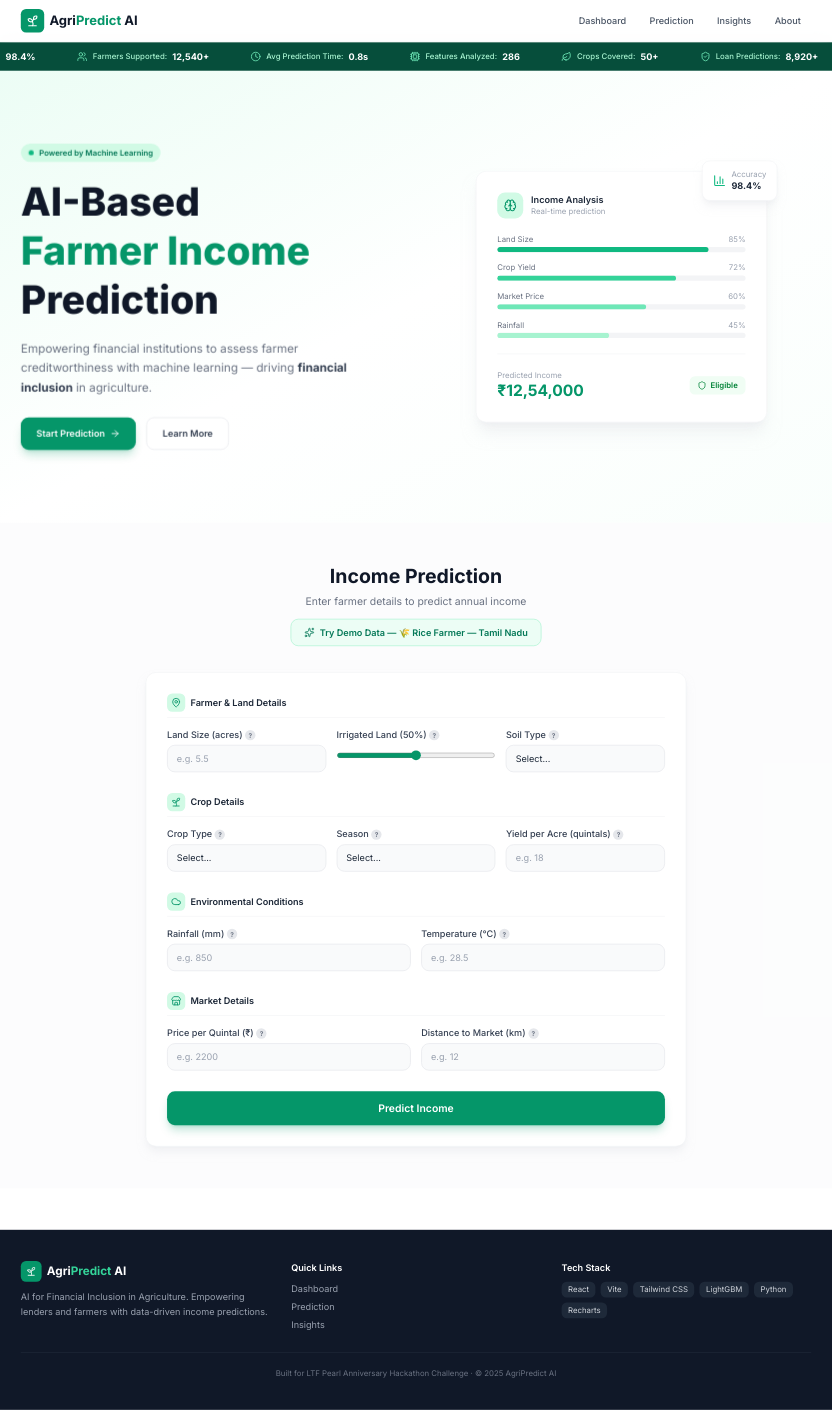
Repository: Bhuvi888/Farmer-income-Prediction
Page: / (app in frontend/)
These files come from the project's save history. The page is drawn as it stood at one moment and after the next save; the edit follows.
The browser window is 1280 px wide. The pictures show the whole page, at 65% of full size.
The project was rebuilt for these pictures with package versions that can differ from the ones it lists, and the page was loaded fresh each time. Also part of the build but not shown: frontend/vite.config.js, frontend/src/components/ResultCard.jsx, frontend/src/components/ChartsSection.jsx, frontend/src/components/InsightPanel.jsx.

Above is the page before, as saved 2026-02-17 19:45:24.

### frontend/index.html
<!doctype html>
<html lang="en">
  <head>
    <meta charset="UTF-8" />
    <link rel="icon" type="image/svg+xml" href="/vite.svg" />
    <meta name="viewport" content="width=device-width, initial-scale=1.0" />
    <title>AgriPredict AI — Farmer Income Prediction</title>
    <meta
      name="description"
      content="AI-powered farmer income prediction system for financial inclusion in agriculture"
    />
    <link rel="preconnect" href="https://fonts.googleapis.com" />
    <link rel="preconnect" href="https://fonts.gstatic.com" crossorigin />
    <link
      href="https://fonts.googleapis.com/css2?family=Inter:wght@400;500;600;700;800;900&display=swap"
      rel="stylesheet"
    />
  </head>
  <body>
    <div id="root"></div>
    <script type="module" src="/src/main.jsx"></script>
  </body>
</html>

### frontend/src/index.css
@import "tailwindcss";

@theme {
  --color-primary-50: #ecfdf5;
  --color-primary-100: #d1fae5;
  --color-primary-200: #a7f3d0;
  --color-primary-300: #6ee7b7;
  --color-primary-400: #34d399;
  --color-primary-500: #10b981;
  --color-primary-600: #059669;
  --color-primary-700: #047857;
  --color-primary-800: #065f46;
  --color-primary-900: #064e3b;

  --font-sans: "Inter", system-ui, -apple-system, sans-serif;
}

/* ---- Base styles ---- */
body {
  @apply bg-white text-gray-800 font-sans antialiased;
}

/* ---- Ticker marquee animation ---- */
@keyframes ticker {
  0% {
    transform: translateX(0);
  }
  100% {
    transform: translateX(-50%);
  }
}

.animate-ticker {
  animation: ticker 25s linear infinite;
}

/* ---- Smooth scroll ---- */
html {
  scroll-behavior: smooth;
}

/* ---- Fade in animation ---- */
@keyframes fadeInUp {
  from {
    opacity: 0;
    transform: translateY(20px);
  }
  to {
    opacity: 1;
    transform: translateY(0);
  }
}

.animate-fade-in-up {
  animation: fadeInUp 0.6s ease-out forwards;
}

/* ---- Pulse dot ---- */
@keyframes pulse-dot {
  0%,
  100% {
    opacity: 1;
  }
  50% {
    opacity: 0.4;
  }
}

.animate-pulse-dot {
  animation: pulse-dot 2s ease-in-out infinite;
}

/* ---- Skeleton shimmer ---- */
@keyframes shimmer {
  0% {
    background-position: -200% 0;
  }
  100% {
    background-position: 200% 0;
  }
}

.skeleton {
  background: linear-gradient(90deg, #f0f0f0 25%, #e0e0e0 50%, #f0f0f0 75%);
  background-size: 200% 100%;
  animation: shimmer 1.5s ease-in-out infinite;
  border-radius: 8px;
}

### frontend/src/components/Navbar.jsx
import { useState } from "react";
import { Menu, X, Sprout } from "lucide-react";

const links = [
  { label: "Dashboard", href: "#dashboard" },
  { label: "Prediction", href: "#prediction" },
  { label: "Insights", href: "#insights" },
  { label: "About", href: "#about" },
];

export default function Navbar() {
  const [open, setOpen] = useState(false);

  return (
    <nav className="sticky top-0 z-50 bg-white/80 backdrop-blur-md border-b border-gray-100">
      <div className="max-w-7xl mx-auto px-4 sm:px-6 lg:px-8">
        <div className="flex items-center justify-between h-16">
          {/* Logo */}
          <a href="#" className="flex items-center gap-2 group">
            <div className="w-9 h-9 rounded-lg bg-primary-600 flex items-center justify-center group-hover:bg-primary-700 transition-colors">
              <Sprout className="w-5 h-5 text-white" />
            </div>
            <span className="text-xl font-bold text-gray-900">
              Agri<span className="text-primary-600">Predict</span> AI
            </span>
          </a>

          {/* Desktop menu */}
          <div className="hidden md:flex items-center gap-1">
            {links.map((link) => (
              <a
                key={link.href}
                href={link.href}
                className="px-4 py-2 text-sm font-medium text-gray-600 rounded-lg hover:text-primary-700 hover:bg-primary-50 transition-all"
              >
                {link.label}
              </a>
            ))}
          </div>

          {/* Mobile hamburger */}
          <button
            className="md:hidden p-2 rounded-lg hover:bg-gray-100 transition"
            onClick={() => setOpen(!open)}
          >
            {open ? <X className="w-5 h-5" /> : <Menu className="w-5 h-5" />}
          </button>
        </div>

        {/* Mobile menu */}
        {open && (
          <div className="md:hidden pb-4 border-t border-gray-100 mt-2 pt-2">
            {links.map((link) => (
              <a
                key={link.href}
                href={link.href}
                className="block px-4 py-2.5 text-sm font-medium text-gray-600 rounded-lg hover:text-primary-700 hover:bg-primary-50 transition-all"
                onClick={() => setOpen(false)}
              >
                {link.label}
              </a>
            ))}
          </div>
        )}
      </div>
    </nav>
  );
}

### frontend/src/components/StatsTicker.jsx
import { TrendingUp, Users, Clock, Cpu, Leaf, ShieldCheck } from "lucide-react";

const items = [
  { icon: TrendingUp, label: "Model Accuracy", value: "98.4%" },
  { icon: Users, label: "Farmers Supported", value: "12,540+" },
  { icon: Clock, label: "Avg Prediction Time", value: "0.8s" },
  { icon: Cpu, label: "Features Analyzed", value: "286" },
  { icon: Leaf, label: "Crops Covered", value: "50+" },
  { icon: ShieldCheck, label: "Loan Predictions", value: "8,920+" },
];

export default function StatsTicker() {
  return (
    <div className="bg-primary-900 text-white overflow-hidden">
      <div className="flex animate-ticker whitespace-nowrap py-3">
        {/* Duplicate items for seamless loop */}
        {[...items, ...items].map((item, i) => (
          <div key={i} className="inline-flex items-center gap-2 mx-8">
            <item.icon className="w-4 h-4 text-primary-300" />
            <span className="text-xs text-primary-200 font-medium">
              {item.label}:
            </span>
            <span className="text-sm font-bold">{item.value}</span>
          </div>
        ))}
      </div>
    </div>
  );
}

### frontend/src/components/PredictionForm.jsx
import { useState } from "react";
import { useForm } from "react-hook-form";
import { Loader2, MapPin, Sprout, Cloud, Store, Sparkles } from "lucide-react";
import { cn } from "../lib/utils";

const demoProfiles = [
  {
    name: "🌾 Rice Farmer — Tamil Nadu",
    land_size: "6.5",
    irrigated_percentage: 85,
    soil_type: "Alluvial",
    crop_type: "Rice",
    season: "Kharif",
    yield_per_acre: "22",
    rainfall: "950",
    temperature: "29",
    market_price: "2100",
    market_distance: "8",
  },
  {
    name: "🌿 Sugarcane Farmer — Maharashtra",
    land_size: "12",
    irrigated_percentage: 95,
    soil_type: "Black Cotton",
    crop_type: "Sugarcane",
    season: "Kharif",
    yield_per_acre: "35",
    rainfall: "750",
    temperature: "31",
    market_price: "3500",
    market_distance: "15",
  },
  {
    name: "🌾 Wheat Farmer — Punjab",
    land_size: "4",
    irrigated_percentage: 60,
    soil_type: "Loamy",
    crop_type: "Wheat",
    season: "Rabi",
    yield_per_acre: "18",
    rainfall: "550",
    temperature: "22",
    market_price: "2275",
    market_distance: "25",
  },
  {
    name: "🥜 Groundnut Farmer — Tamil Nadu",
    land_size: "3",
    irrigated_percentage: 40,
    soil_type: "Red",
    crop_type: "Groundnut",
    season: "Rabi",
    yield_per_acre: "12",
    rainfall: "680",
    temperature: "30",
    market_price: "5800",
    market_distance: "10",
  },
];

const soilTypes = [
  "Loamy",
  "Clay",
  "Sandy",
  "Black Cotton",
  "Red",
  "Alluvial",
  "Laterite",
];
const cropTypes = [
  "Rice",
  "Wheat",
  "Sugarcane",
  "Cotton",
  "Maize",
  "Soybean",
  "Pulses",
  "Groundnut",
  "Vegetables",
];
const seasons = ["Kharif", "Rabi", "Zaid"];

function InputField({ label, tooltip, error, children }) {
  return (
    <div className="space-y-1.5">
      <label className="flex items-center gap-1 text-sm font-medium text-gray-700">
        {label}
        {tooltip && (
          <span className="group relative">
            <span className="w-4 h-4 rounded-full bg-gray-200 text-gray-500 text-[10px] font-bold inline-flex items-center justify-center cursor-help">
              ?
            </span>
            <span className="absolute bottom-full left-1/2 -translate-x-1/2 mb-2 px-3 py-1.5 bg-gray-800 text-white text-xs rounded-lg opacity-0 group-hover:opacity-100 transition-opacity pointer-events-none whitespace-nowrap z-10">
              {tooltip}
            </span>
          </span>
        )}
      </label>
      {children}
      {error && <p className="text-xs text-red-500">{error.message}</p>}
    </div>
  );
}

function SectionHeader({ icon: Icon, title }) {
  return (
    <div className="flex items-center gap-2 mb-4 pb-2 border-b border-gray-100">
      <div className="w-7 h-7 rounded-lg bg-primary-100 flex items-center justify-center">
        <Icon className="w-4 h-4 text-primary-600" />
      </div>
      <h3 className="text-sm font-semibold text-gray-800">{title}</h3>
    </div>
  );
}

const inputClass =
  "w-full px-3.5 py-2.5 bg-gray-50 border border-gray-200 rounded-xl text-sm text-gray-800 focus:outline-none focus:ring-2 focus:ring-primary-500/30 focus:border-primary-500 transition-all placeholder:text-gray-400";
const selectClass = cn(inputClass, "appearance-none cursor-pointer");

export default function PredictionForm({ onSubmit, isLoading }) {
  const [demoIndex, setDemoIndex] = useState(0);
  const {
    register,
    handleSubmit,
    watch,
    reset,
    formState: { errors },
  } = useForm({
    defaultValues: {
      land_size: "",
      irrigated_percentage: 50,
      soil_type: "",
      crop_type: "",
      season: "",
      yield_per_acre: "",
      rainfall: "",
      temperature: "",
      market_price: "",
      market_distance: "",
    },
  });

  const irrigated = watch("irrigated_percentage");

  const fillDemo = () => {
    const profile = demoProfiles[demoIndex];
    const { name: _Name, ...values } = profile;
    reset(values);
    setDemoIndex((prev) => (prev + 1) % demoProfiles.length);
  };

  return (
    <section id="prediction" className="py-16 bg-gray-50/50">
      <div className="max-w-4xl mx-auto px-4 sm:px-6 lg:px-8">
        <div className="text-center mb-10">
          <h2 className="text-3xl font-bold text-gray-900">
            Income Prediction
          </h2>
          <p className="mt-2 text-gray-500">
            Enter farmer details to predict annual income
          </p>
          <button
            type="button"
            onClick={fillDemo}
            className="mt-4 inline-flex items-center gap-2 bg-primary-50 text-primary-700 px-5 py-2.5 rounded-xl text-sm font-semibold border border-primary-200 hover:bg-primary-100 hover:border-primary-300 transition-all hover:-translate-y-0.5"
          >
            <Sparkles className="w-4 h-4" />
            Try Demo Data — {demoProfiles[demoIndex].name}
          </button>
        </div>

        <form
          onSubmit={handleSubmit(onSubmit)}
          className="bg-white rounded-2xl shadow-lg shadow-gray-200/50 border border-gray-100 p-6 sm:p-8"
        >
          {/* Section 1: Farmer & Land */}
          <SectionHeader icon={MapPin} title="Farmer & Land Details" />
          <div className="grid sm:grid-cols-3 gap-4 mb-8">
            <InputField
              label="Land Size (acres)"
              tooltip="Total agricultural land area"
              error={errors.land_size}
            >
              <input
                type="number"
                step="0.1"
                placeholder="e.g. 5.5"
                className={inputClass}
                {...register("land_size", {
                  required: "Required",
                  min: { value: 0.1, message: "Min 0.1" },
                })}
              />
            </InputField>

            <InputField
              label={`Irrigated Land (${irrigated}%)`}
              tooltip="Percentage of land with irrigation"
            >
              <input
                type="range"
                min="0"
                max="100"
                className="w-full accent-primary-600 mt-2"
                {...register("irrigated_percentage")}
              />
            </InputField>

            <InputField
              label="Soil Type"
              tooltip="Dominant soil type in the area"
              error={errors.soil_type}
            >
              <select
                className={selectClass}
                {...register("soil_type", { required: "Select soil type" })}
              >
                <option value="">Select...</option>
                {soilTypes.map((s) => (
                  <option key={s} value={s}>
                    {s}
                  </option>
                ))}
              </select>
            </InputField>
          </div>

          {/* Section 2: Crop Details */}
          <SectionHeader icon={Sprout} title="Crop Details" />
          <div className="grid sm:grid-cols-3 gap-4 mb-8">
            <InputField
              label="Crop Type"
              tooltip="Primary crop grown"
              error={errors.crop_type}
            >
              <select
                className={selectClass}
                {...register("crop_type", { required: "Select crop" })}
              >
                <option value="">Select...</option>
                {cropTypes.map((c) => (
                  <option key={c} value={c}>
                    {c}
                  </option>
                ))}
              </select>
            </InputField>

            <InputField
              label="Season"
              tooltip="Growing season"
              error={errors.season}
            >
              <select
                className={selectClass}
                {...register("season", { required: "Select season" })}
              >
                <option value="">Select...</option>
                {seasons.map((s) => (
                  <option key={s} value={s}>
                    {s}
                  </option>
                ))}
              </select>
            </InputField>

            <InputField
              label="Yield per Acre (quintals)"
              tooltip="Expected crop yield"
              error={errors.yield_per_acre}
            >
              <input
                type="number"
                step="0.1"
                placeholder="e.g. 18"
                className={inputClass}
                {...register("yield_per_acre", {
                  required: "Required",
                  min: { value: 0.1, message: "Min 0.1" },
                })}
              />
            </InputField>
          </div>

          {/* Section 3: Environmental */}
          <SectionHeader icon={Cloud} title="Environmental Conditions" />
          <div className="grid sm:grid-cols-2 gap-4 mb-8">
            <InputField
              label="Rainfall (mm)"
              tooltip="Seasonal average rainfall"
              error={errors.rainfall}
            >
              <input
                type="number"
                placeholder="e.g. 850"
                className={inputClass}
                {...register("rainfall", {
                  required: "Required",
                  min: { value: 0, message: "Min 0" },
                })}
              />
            </InputField>

            <InputField
              label="Temperature (°C)"
              tooltip="Average temperature"
              error={errors.temperature}
            >
              <input
                type="number"
                step="0.1"
                placeholder="e.g. 28.5"
                className={inputClass}
                {...register("temperature", { required: "Required" })}
              />
            </InputField>
          </div>

          {/* Section 4: Market */}
          <SectionHeader icon={Store} title="Market Details" />
          <div className="grid sm:grid-cols-2 gap-4 mb-8">
            <InputField
              label="Price per Quintal (₹)"
              tooltip="Current market selling price"
              error={errors.market_price}
            >
              <input
                type="number"
                placeholder="e.g. 2200"
                className={inputClass}
                {...register("market_price", {
                  required: "Required",
                  min: { value: 1, message: "Min 1" },
                })}
              />
            </InputField>

            <InputField
              label="Distance to Market (km)"
              tooltip="Distance to nearest mandi"
              error={errors.market_distance}
            >
              <input
                type="number"
                step="0.1"
                placeholder="e.g. 12"
                className={inputClass}
                {...register("market_distance", {
                  required: "Required",
                  min: { value: 0, message: "Min 0" },
                })}
              />
            </InputField>
          </div>

          {/* Submit */}
          <button
            type="submit"
            disabled={isLoading}
            className="w-full py-3.5 bg-primary-600 text-white font-semibold rounded-xl hover:bg-primary-700 shadow-lg shadow-primary-600/25 transition-all hover:-translate-y-0.5 disabled:opacity-60 disabled:cursor-not-allowed disabled:hover:translate-y-0 flex items-center justify-center gap-2"
          >
            {isLoading ? (
              <>
                <Loader2 className="w-5 h-5 animate-spin" />
                Predicting...
              </>
            ) : (
              "Predict Income"
            )}
          </button>
        </form>
      </div>
    </section>
  );
}

### frontend/src/components/Footer.jsx
import { Sprout } from "lucide-react";

export default function Footer() {
  return (
    <footer id="about" className="bg-gray-900 text-gray-400">
      <div className="max-w-7xl mx-auto px-4 sm:px-6 lg:px-8 py-12">
        <div className="grid md:grid-cols-3 gap-8">
          {/* Brand */}
          <div>
            <div className="flex items-center gap-2 mb-3">
              <div className="w-8 h-8 rounded-lg bg-primary-600 flex items-center justify-center">
                <Sprout className="w-4 h-4 text-white" />
              </div>
              <span className="text-lg font-bold text-white">
                Agri<span className="text-primary-400">Predict</span> AI
              </span>
            </div>
            <p className="text-sm leading-relaxed">
              AI for Financial Inclusion in Agriculture. Empowering lenders and
              farmers with data-driven income predictions.
            </p>
          </div>

          {/* Links */}
          <div>
            <h4 className="text-sm font-semibold text-white mb-3">
              Quick Links
            </h4>
            <ul className="space-y-2 text-sm">
              <li>
                <a
                  href="#dashboard"
                  className="hover:text-primary-400 transition"
                >
                  Dashboard
                </a>
              </li>
              <li>
                <a
                  href="#prediction"
                  className="hover:text-primary-400 transition"
                >
                  Prediction
                </a>
              </li>
              <li>
                <a
                  href="#insights"
                  className="hover:text-primary-400 transition"
                >
                  Insights
                </a>
              </li>
            </ul>
          </div>

          {/* Tech */}
          <div>
            <h4 className="text-sm font-semibold text-white mb-3">
              Tech Stack
            </h4>
            <div className="flex flex-wrap gap-2">
              {[
                "React",
                "Vite",
                "Tailwind CSS",
                "LightGBM",
                "Python",
                "Recharts",
              ].map((t) => (
                <span
                  key={t}
                  className="px-2.5 py-1 bg-gray-800 rounded-lg text-xs text-gray-300"
                >
                  {t}
                </span>
              ))}
            </div>
          </div>
        </div>

        <div className="border-t border-gray-800 mt-8 pt-6 text-center text-xs text-gray-500">
          Built for LTF Pearl Anniversary Hackathon Challenge &middot; &copy;{" "}
          {new Date().getFullYear()} AgriPredict AI
        </div>
      </div>
    </footer>
  );
}

Loaded but not shown: frontend/src/main.jsx (common file); frontend/src/lib/utils.js (common file); frontend/src/components/HeroSection.jsx (126 lines, source omitted); frontend/src/App.jsx (93 lines, source omitted)

After the next save:
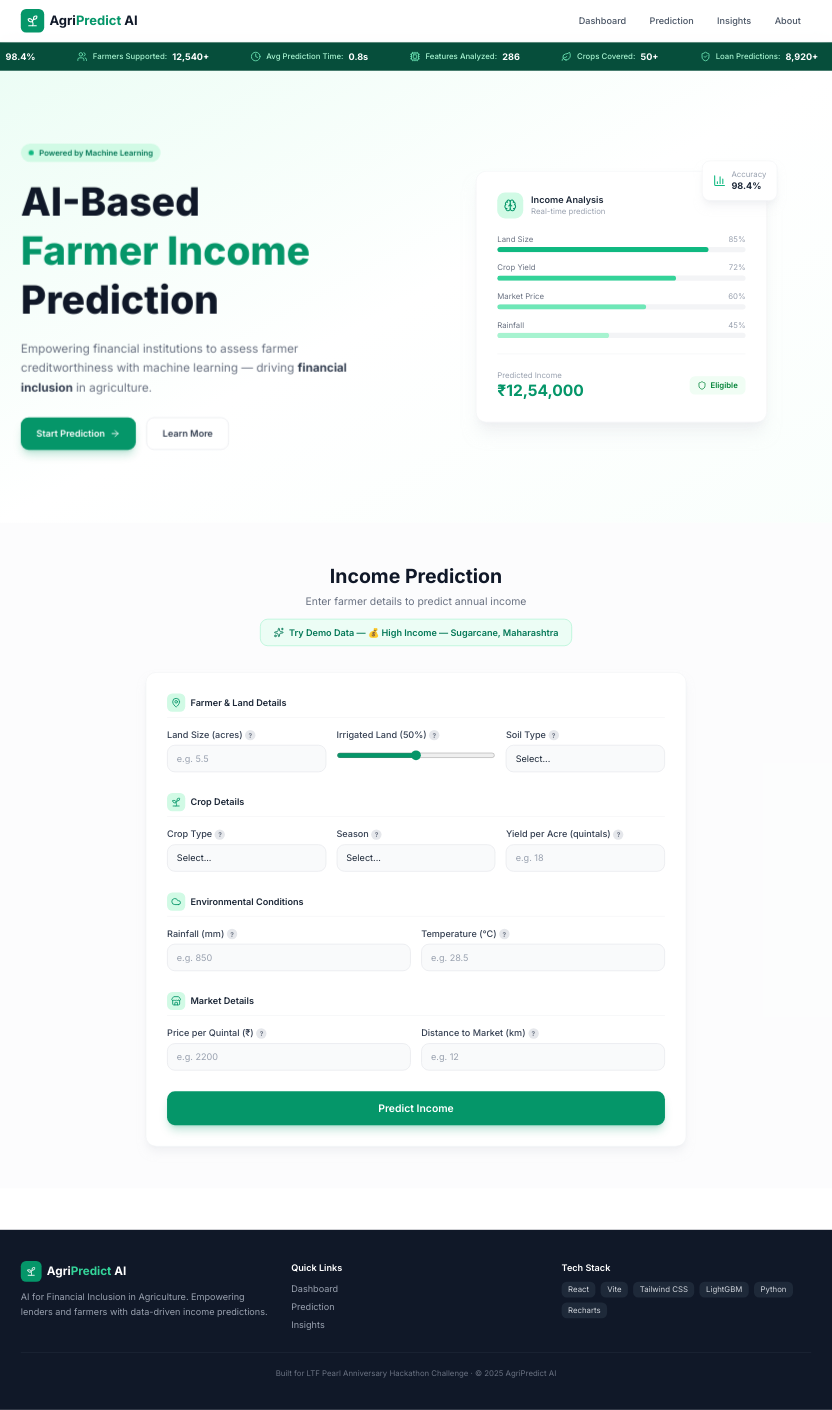
Saved 3 min 38 s later.
--- a/frontend/src/components/PredictionForm.jsx
+++ b/frontend/src/components/PredictionForm.jsx
@@ -5,56 +5,56 @@ import { cn } from "../lib/utils";
 
 const demoProfiles = [
   {
-    name: "🌾 Rice Farmer — Tamil Nadu",
-    land_size: "6.5",
-    irrigated_percentage: 85,
-    soil_type: "Alluvial",
-    crop_type: "Rice",
-    season: "Kharif",
-    yield_per_acre: "22",
-    rainfall: "950",
-    temperature: "29",
-    market_price: "2100",
-    market_distance: "8",
-  },
-  {
-    name: "🌿 Sugarcane Farmer — Maharashtra",
-    land_size: "12",
+    name: "💰 High Income — Sugarcane, Maharashtra",
+    land_size: "15",
     irrigated_percentage: 95,
     soil_type: "Black Cotton",
     crop_type: "Sugarcane",
     season: "Kharif",
-    yield_per_acre: "35",
-    rainfall: "750",
-    temperature: "31",
+    yield_per_acre: "38",
+    rainfall: "800",
+    temperature: "30",
     market_price: "3500",
-    market_distance: "15",
+    market_distance: "5",
   },
   {
-    name: "🌾 Wheat Farmer — Punjab",
-    land_size: "4",
-    irrigated_percentage: 60,
-    soil_type: "Loamy",
-    crop_type: "Wheat",
+    name: "📉 Low Income — Small Rainfed Plot, Bihar",
+    land_size: "1.5",
+    irrigated_percentage: 10,
+    soil_type: "Sandy",
+    crop_type: "Pulses",
     season: "Rabi",
-    yield_per_acre: "18",
-    rainfall: "550",
-    temperature: "22",
-    market_price: "2275",
-    market_distance: "25",
+    yield_per_acre: "6",
+    rainfall: "400",
+    temperature: "25",
+    market_price: "4200",
+    market_distance: "35",
   },
   {
-    name: "🥜 Groundnut Farmer — Tamil Nadu",
-    land_size: "3",
-    irrigated_percentage: 40,
-    soil_type: "Red",
-    crop_type: "Groundnut",
-    season: "Rabi",
-    yield_per_acre: "12",
-    rainfall: "680",
-    temperature: "30",
-    market_price: "5800",
-    market_distance: "10",
+    name: "🌊 Edge — Flood-Prone Rice, Tamil Nadu",
+    land_size: "5",
+    irrigated_percentage: 70,
+    soil_type: "Alluvial",
+    crop_type: "Rice",
+    season: "Kharif",
+    yield_per_acre: "20",
+    rainfall: "1400",
+    temperature: "29",
+    market_price: "2100",
+    market_distance: "12",
+  },
+  {
+    name: "🏔️ Edge — High Yield but Remote, Himachal",
+    land_size: "8",
+    irrigated_percentage: 50,
+    soil_type: "Loamy",
+    crop_type: "Vegetables",
+    season: "Zaid",
+    yield_per_acre: "30",
+    rainfall: "650",
+    temperature: "18",
+    market_price: "6000",
+    market_distance: "55",
   },
 ];
 
